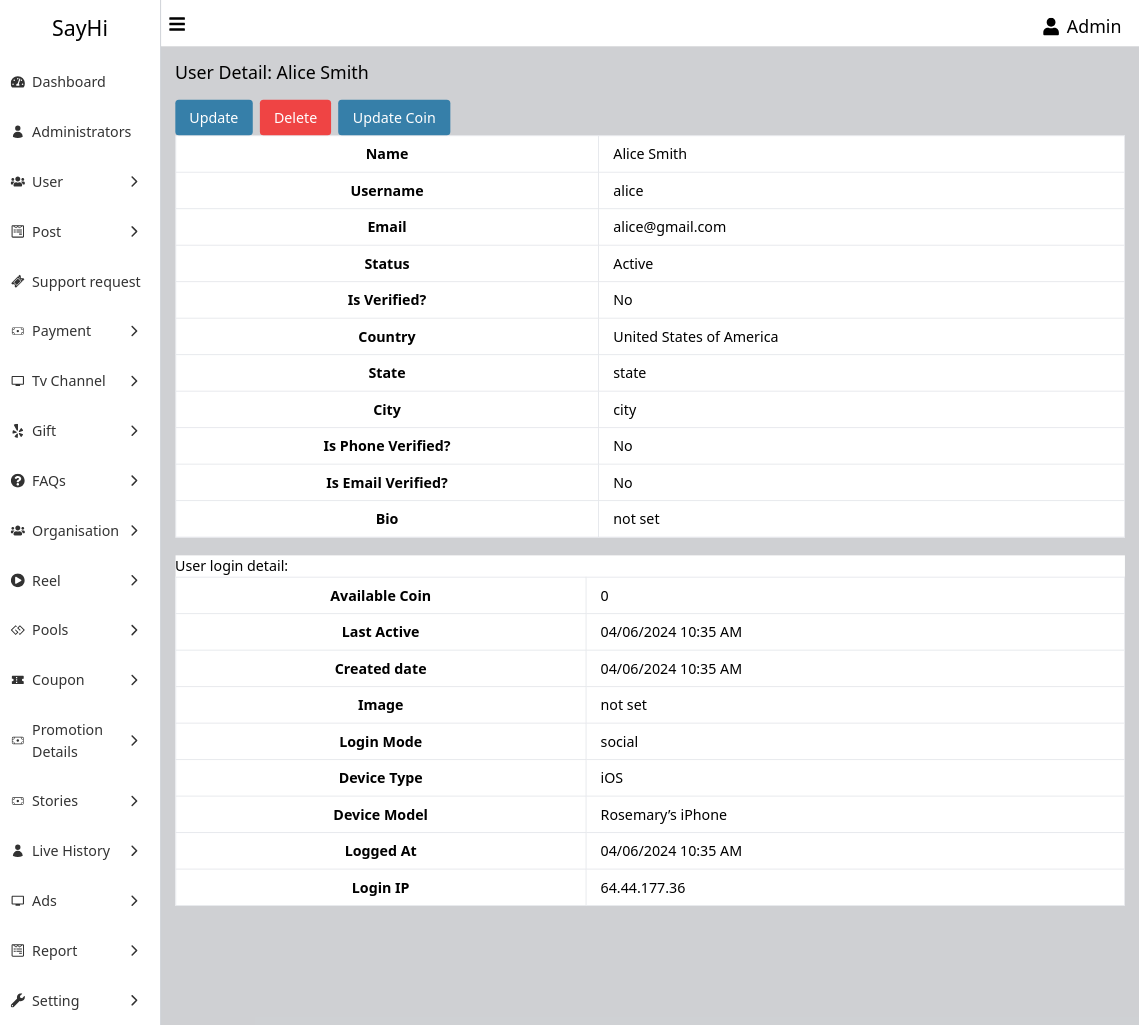
Repository: Husein8/Dashboard
Page: /userDetails/1
An editor plug-in stored every save of this project. The page is shown before and after the next save, followed by the edit.
The browser window is 1280 px wide. The pictures show the whole page, at 89% of full size.
The project was rebuilt for these pictures with package versions that can differ from the ones it lists, and the page was loaded fresh each time. Also part of the build but not shown: vite.config.js, src/components/Login.jsx, src/components/Charts.jsx, src/components/LatestPost.jsx, src/components/NewUsersData.jsx, src/components/NewUsers.jsx, src/components/TableUsersData.jsx, src/components/Footer.jsx and 13 more.

Above is the page before, as saved 2024-06-09 20:48:19.

After the next save:
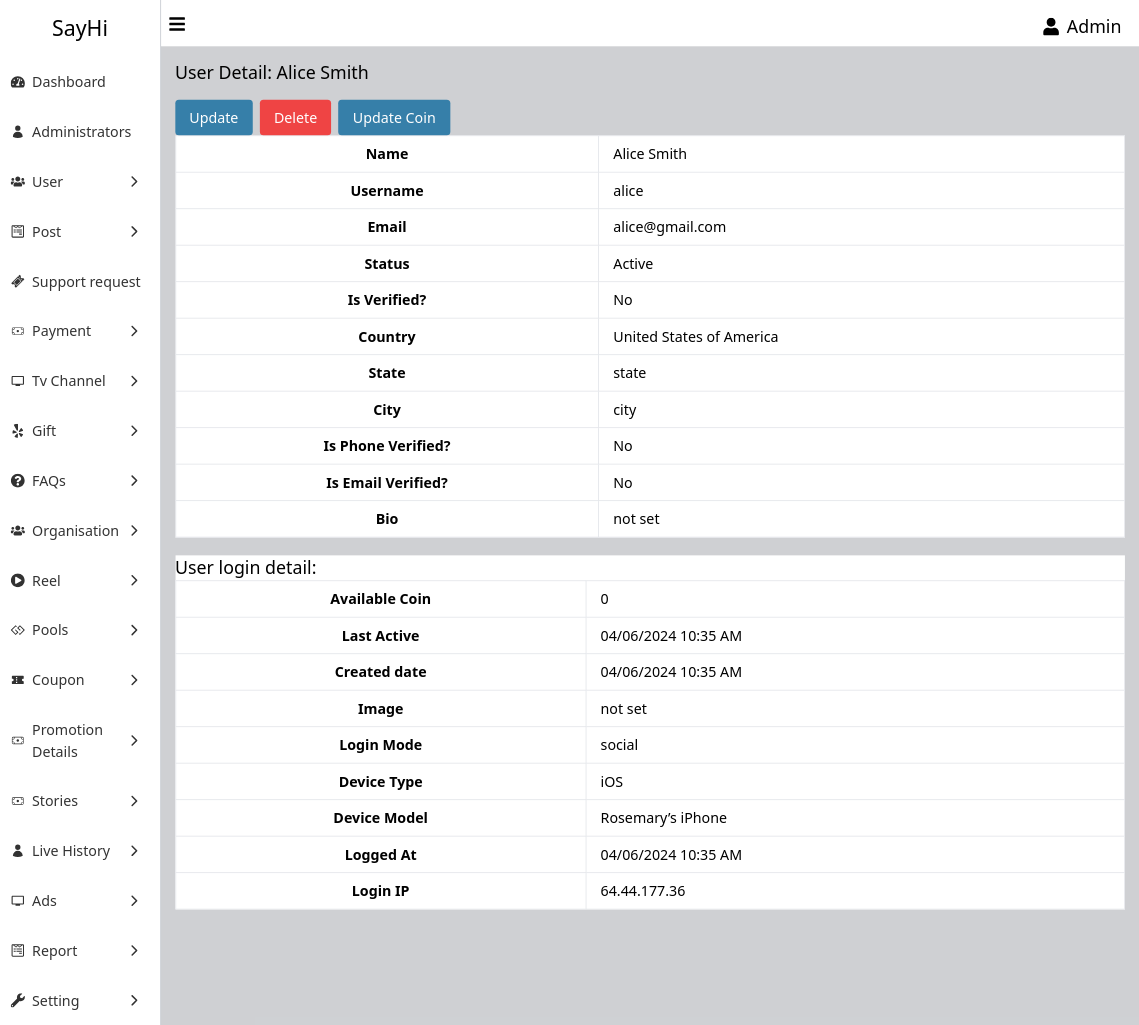
Saved 9 s later.
--- a/src/Pages/UserDetails.jsx
+++ b/src/Pages/UserDetails.jsx
@@ -108,7 +108,7 @@
           </tbody>
         </table>
         <div className=" bg-white">
-          <h2 className="mt-5 text-black">User login detail:</h2>
+          <h2 className="mt-5 text-xl">User login detail:</h2>
           <table className="min-w-full bg-white border border-gray-200">
             <tbody>
               <tr>

After the save that followed:
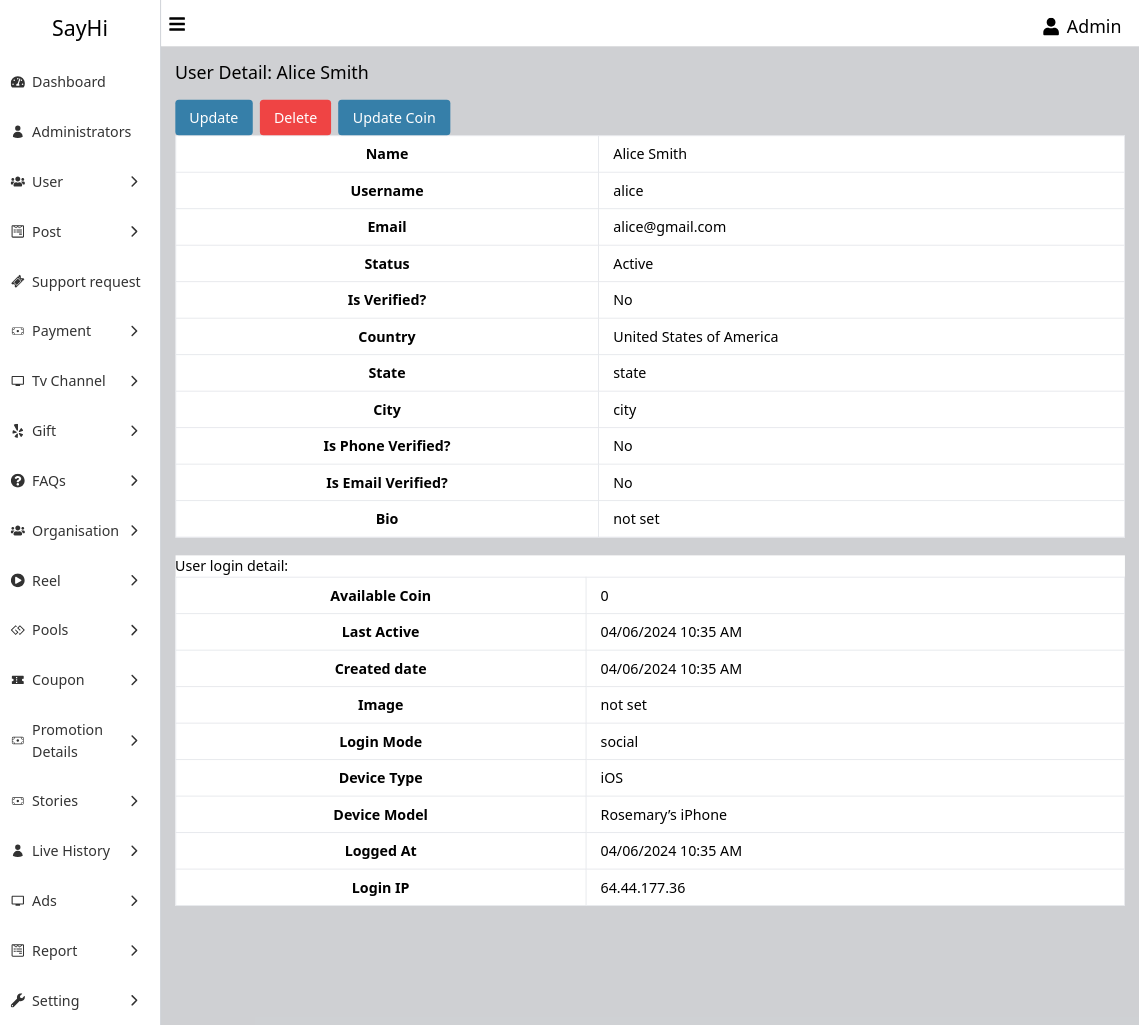
Saved 7 s later.
--- a/src/Pages/UserDetails.jsx
+++ b/src/Pages/UserDetails.jsx
@@ -108,7 +108,7 @@
           </tbody>
         </table>
         <div className=" bg-white">
-          <h2 className="mt-5 text-xl">User login detail:</h2>
+          <h2 className="mt-5 text-base">User login detail:</h2>
           <table className="min-w-full bg-white border border-gray-200">
             <tbody>
               <tr>
